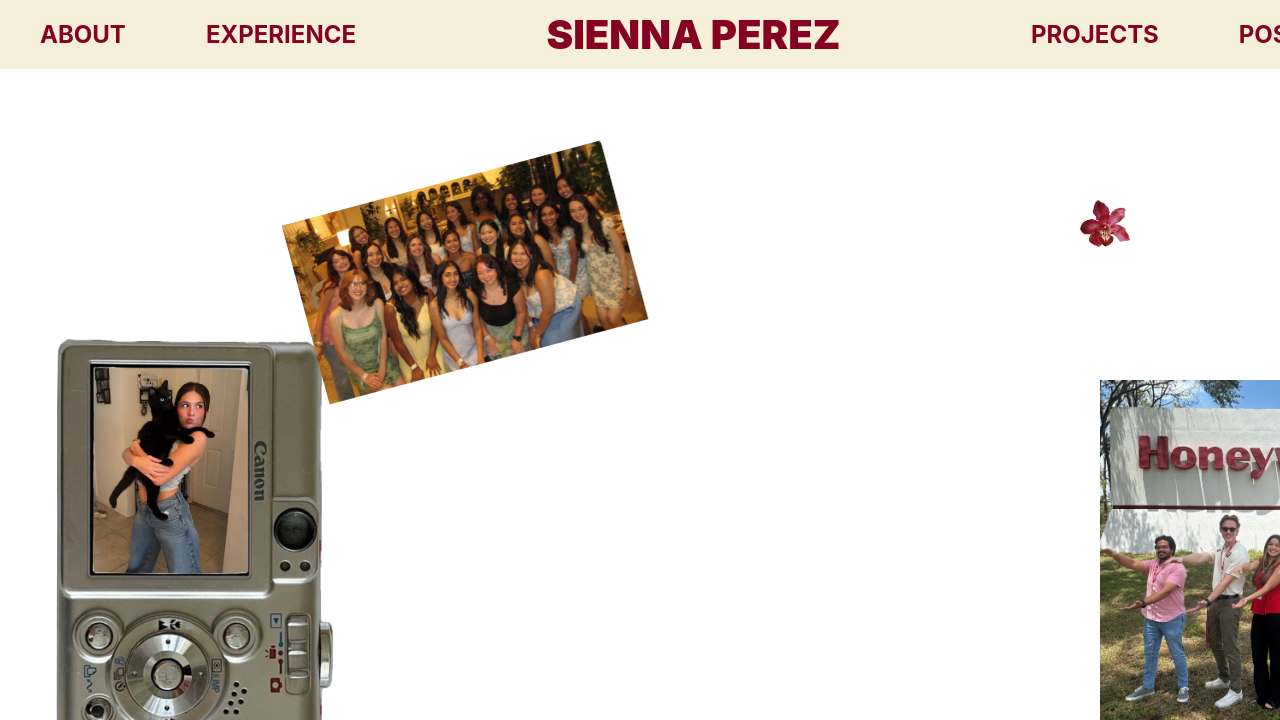
Repository: siennaperez/siennaperezweb
Page: /
These files come from the project's save history. The page is drawn as it stood at one moment and after the next save; the edit follows.
The browser window is 1280 px wide. The pictures show the whole page.
The project was rebuilt for these pictures with package versions that can differ from the ones it lists, and the page was loaded fresh each time. Also part of the build but not shown: src/pages/About.css, src/pages/About.js, src/pages/Experience.css, src/pages/Experience.js.

Above is the page before, as saved 2025-09-24 12:58:12.

After the next save:
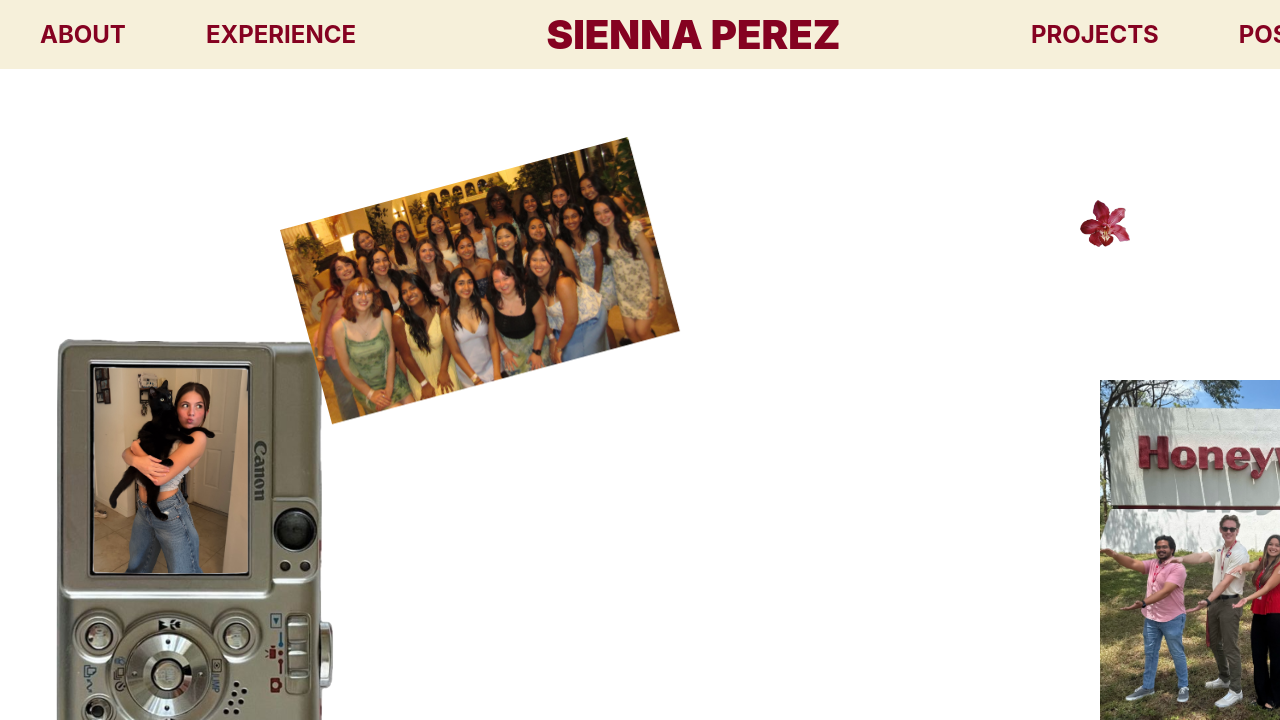
Saved 115 s later.
--- a/src/pages/Home.css
+++ b/src/pages/Home.css
@@ -61,6 +61,6 @@
   position: fixed;
   top: 180px;
   left: 300px;
-  width: 330px;
+  width: 360px;
   transform: rotate(-15deg);
 }
